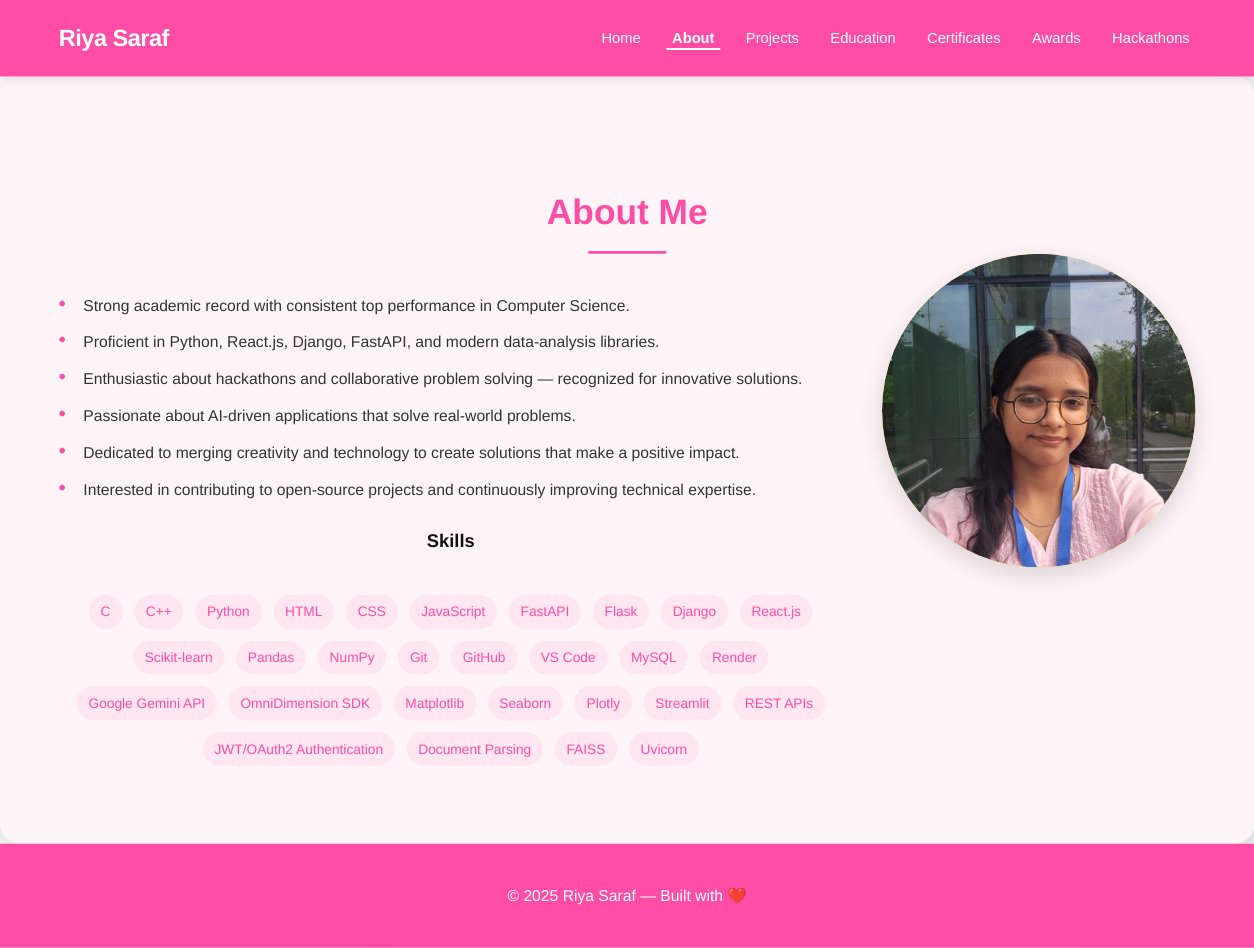
Repository: riyaaaa19/riya-portfolio
Page: /, after clicking the first element matching `nav > :nth-child(2)`
These files come from the project's save history. The page is drawn as it stood at one moment and after the next save; the edit follows.
The browser window is 1280 px wide. The pictures show the whole page, at 98% of full size.
The project was rebuilt for these pictures with package versions that can differ from the ones it lists, and the page was loaded fresh each time. Also part of the build but not shown: src/components/TimelineCard.js.

Above is the page before, as saved 2025-09-14 15:54:01.

### src/App.js
import React, { useState } from "react";
import { Mail, Github, Linkedin } from "lucide-react";
import TimelineCard from "./components/TimelineCard";
import "./styles.css";

export default function RiyaSarafPortfolio() {
  const [activePage, setActivePage] = useState("home");

  // ===== Data Sections =====
  const projects = [
    {
      title: "Leave Management System",
      tech: "React.js, FastAPI, PostgreSQL, JWT",
      desc: "Full-stack app for managing employee leave requests with role-based access and JWT authentication.",
      github: "https://github.com/riyaaaa19/leave-management-system",
      img: "/images/leave.png",
    },
    {
      title: "Genomic Analysis Web Application",
      tech: "Python, Django, Scikit-learn, Pandas",
      desc: "Django app for genomic data analysis with ML model selection, preprocessing and visualizations.",
      github: "https://github.com/riyaaaa19/genomic-analysis-django",
      img: "/images/genomics.png",
    },
    {
      title: "CyberSaarthi – Phishing & Invoice Fraud Detection",
      tech: "FastAPI, React.js, SQLite",
      desc: "ML + rule-based backend for phishing and invoice fraud detection with document parsing and structured reports.",
      github: "https://github.com/riyaaaa19/CyberSaarthi",
      img: "/images/cyber.png",
    },
    {
      title: "SheCare AI",
      tech: "FastAPI, React, SQLite, OmniDimension API",
      desc: "Health & wellness assistant for women with cycle tracking, journaling, PCOS risk check, and AI chatbot.",
      github: "https://github.com/sonamnimje/SheCare-AI",
      img: "/images/shecare.png",
    },
    {
      title: "SmartGrocery — AI-Powered Grocery & Recipe Assistant",
      tech: "Flask, Scikit-learn, Bootstrap, CSS",
      desc: "Smart Grocery Web app for recipe suggestions, nutrition tracking, inventory management, and shopping lists.",
      github: "https://github.com/arnavv19/Smart-Grocery-AI",
      img: "/images/grocery.png",
    },
  ];

  const education = [
    {
      school: "BADERIA GLOBAL INSTITUTE OF ENGINEERING AND MANAGEMENT",
      degree: "B.Tech CSE (Data Science)",
      year: "2022 – 2026",
      score: "CGPA: 8.28",
      img: "/images/graduation.png",
    },
    {
      school: "Nachiketa Higher Secondary School, Jabalpur",
      degree: "Class 12th • PCM • State Board",
      year: "2022",
      score: "Percentage: 73.4%",
      img: "/images/school.png",
    },
    {
      school: "Nachiketa Higher Secondary School, Jabalpur",
      degree: "Class 10th • State Board",
      year: "2020",
      score: "Percentage: 92%",
      img: "/images/school.png",
    },
  ];

  const certificates = [
    { title: "PCAP: Programming Essentials in Python", img: "/images/certificate1.jpg" },
    { title: "Introduction to Data Science — Cisco", img: "/images/certificate2.jpg" },
    { title: "Accenture Data Analytics Simulation", img: "/images/certificate3.jpg" },
    { title: "Global Entrepreneur Summit — IIT Kharagpur", img: "/images/certificate4.jpg" },
    { title: "Artificial Intelligence Fundamentals — IBM SkillsBuild", img: "/images/certificate5.jpg" },
    { title: "Cybersecurity Essentials — Cisco", img: "/images/certificate6.jpg" },
    { title: "Data Analytics — IBM Cognos", img: "/images/certificate7.jpg" },
  ];

  const awards = [
    { title: "Branch Topper — 2023, 2024, 2025", img: "/images/award1.jpg" },
    { title: "Best Girls Team Award — Hack SRIT 2025", img: "/images/award2.jpg" },
    { title: "1st Runner-Up — Ecopreneur Hackathon", img: "/images/award3.jpg" },
    { title: "3rd Position — Slide The Change at IEEE SHE ASPIRE 2.0", img: "/images/award4.jpg" },
  ];

  const hackathons = [
    {
      title: "Ecopreneur Hackathon",
      desc: "Hosted by Baderia Global Institute of Engineering and Management",
      img: "/images/hackathon1.jpg",
    },
    {
      title: "36-hour HackSRIT Hackathon",
      desc: "Hosted by Shri Ram Institute of technology",
      img: "/images/hackathon2.jpg",
    },
    {
      title: "Operation Eclipse – Stealth Spacecraft Design & Architecture",
      desc: "Competition at IIITDM Jabalpur",
      img: "/images/hackathon3.jpg",
    },
    {
      title: "Global Entrepreneurship Summit 2025",
      desc: "IIT Kharagpur",
      img: "/images/hackathon4.jpg",
    },
    {
      title: "All India Women only Hackathon 2023",
      desc: "Hosted by Shooting stars foundation",
      img: "/images/hackathon5.jpg",
    },
  ];

  return (
    <div>
      {/* ===== Header ===== */}
      <header>
        <h1>Riya Saraf</h1>
        <nav>
          {["home", "about", "projects", "education", "certificates", "awards", "hackathons"].map((page) => (
            <button
              key={page}
              onClick={() => setActivePage(page)}
              className={activePage === page ? "active" : ""}
            >
              {page.charAt(0).toUpperCase() + page.slice(1)}
            </button>
          ))}
        </nav>
      </header>

      {/* ===== Home Section ===== */}
      {activePage === "home" && (
        <section className="hero">
          <div className="particle-bg">
            <span></span><span></span><span></span><span></span><span></span>
          </div>
          <div className="hero-text">
            <h2>
              Hi There, I'm <span className="highlight">Riya Saraf</span>
            </h2>
            <h3>
              I Am Into{" "}
              <span className="typing-container">
                <span className="typing">Web Development | Data Science | AI/ML</span>
              </span>
            </h3>
            <p>
              Motivated Computer Science undergraduate skilled in Python,
              full-stack development, and ML/AI. Passionate about building
              impactful solutions and contributing to open-source projects.
            </p>

            <div className="hero-buttons">
              <button className="cta" onClick={() => setActivePage("projects")}>View Projects</button>
              <a
                href="https://mail.google.com/mail/?view=cm&fs=1&to=riyasaraf19@gmail.com"
                target="_blank"
                rel="noopener noreferrer"
                className="cta"
              >
                Contact Me
              </a>
              <a
                href={process.env.PUBLIC_URL + "/images/resume.pdf"}
                target="_blank"
                rel="noopener noreferrer"
                className="cta"
              >
                View Resume
              </a>
            </div>

            <div className="social-icons">
              <a href="https://linkedin.com/in/riya-saraf-9223a9257" target="_blank" rel="noreferrer"><Linkedin size={18} /></a>
              <a href="https://github.com/riyaaaa19" target="_blank" rel="noreferrer"><Github size={18} /></a>
              <a href="mailto:riyasaraf19@gmail.com"><Mail size={18} /></a>
              <a href="https://leetcode.com/u/riyaaa19/" target="_blank" rel="noreferrer">LC</a>
              <a href="https://www.hackerrank.com/profile/riyasaraf19" target="_blank" rel="noreferrer">HR</a>
            </div>
          </div>
          <div className="hero-img">
            <div className="avatar-circle">
              <img src="/images/riya-photo.png" alt="Riya Saraf" />
            </div>
          </div>
        </section>
      )}

      {/* ===== About Section ===== */}
      {activePage === "about" && (
        <section className="about">
          <h2>About Me</h2>
          <div className="about-container" style={{ display: "flex", flexWrap: "wrap", gap: "40px", alignItems: "flex-start" }}>

            {/* Left Side: About Text + Skills */}
            <div style={{ flex: 1 }}>
              <ul style={{ paddingLeft: "0", lineHeight: "1.8", listStyle: "none" }}>
                {[
                  "Strong academic record with consistent top performance in Computer Science.",
                  "Proficient in Python, React.js, Django, FastAPI, and modern data-analysis libraries.",
                  "Enthusiastic about hackathons and collaborative problem solving — recognized for innovative solutions.",
                  "Passionate about AI-driven applications that solve real-world problems.",
                  "Dedicated to merging creativity and technology to create solutions that make a positive impact.",
                  "Interested in contributing to open-source projects and continuously improving technical expertise."
                ].map((point, index) => (
                  <li key={index} style={{ position: "relative", paddingLeft: "25px", marginBottom: "12px", fontSize: "16px", color: "#333" }}>
                    <span style={{ position: "absolute", left: 0, color: "#ff4da6", fontWeight: "bold", fontSize: "20px", lineHeight: "1" }}>•</span>
                    {point}
                  </li>
                ))}
              </ul>

              {/* Skills Section */}
              <h3 style={{ marginTop: "25px", marginBottom: "15px", color: "DarkPink", textAlign: "center" }}>Skills</h3>
              <div className="skills-section" style={{ display: "flex", flexWrap: "wrap", gap: "12px", justifyContent: "center" }}>
                {[
                  "C", "C++", "Python", "HTML", "CSS", "JavaScript",
                  "FastAPI", "Flask", "Django", "React.js", "Scikit-learn", "Pandas", "NumPy",
                  "Git", "GitHub", "VS Code", "MySQL", "Render", "Google Gemini API", "OmniDimension SDK",
                  "Matplotlib", "Seaborn", "Plotly", "Streamlit",
                  "REST APIs", "JWT/OAuth2 Authentication", "Document Parsing", "FAISS", "Uvicorn"
                ].map((skill) => (
                  <span key={skill} className="skills-card" style={{
                    backgroundColor: "#ffe6f0",
                    color: "#ff4da6",
                    padding: "6px 12px",
                    borderRadius: "20px",
                    fontSize: "14px",
                    fontWeight: "500"
                  }}>{skill}</span>
                ))}
              </div>
            </div>

            {/* Right Side: About Image */}
            <div className="about-img" >
              <div className="avatar-circle">
                <img
                  src="/images/about.png"
                  alt="About Me"
                />
              </div>
            </div>
          </div>
        </section>
      )}

      {/* ===== Projects Section ===== */}
      {activePage === "projects" && (
        <section>
          <h2>Projects</h2>
          <div className="grid">
            {projects.map((p, i) => (
              <TimelineCard
                key={i}
                title={p.title}
                subtitle={p.tech}
                img={p.img}
                score={<span style={{ color: "#555" }}>{p.desc}</span>}
                github={p.github}
                live={p.live}
                type="project"
              />
            ))}
          </div>
        </section>
      )}

      {/* ===== Education Section ===== */}
      {activePage === "education" && (
        <section>
          <h2>Education</h2>
          <div className="timeline">
            {education.map((e, i) => (
              <TimelineCard
                key={i}
                title={e.school}
                subtitle={e.degree}
                year={e.year}
                score={e.score}
                img={e.img}
                type="education"
              />
            ))}
          </div>
        </section>
      )}

      {/* ===== Certificates Section ===== */}
      {activePage === "certificates" && (
        <section>
          <h2>Certificates</h2>
          <div className="grid">
            {certificates.map((c, i) => (
              <TimelineCard key={i} title={c.title} img={c.img} type="certificate" />
            ))}
          </div>
        </section>
      )}

      {/* ===== Awards Section ===== */}
      {activePage === "awards" && (
        <section>
          <h2>Awards</h2>
          <div className="grid">
            {awards.map((a, i) => (
              <TimelineCard key={i} title={a.title} img={a.img} type="award" />
            ))}
          </div>
        </section>
      )}

      {/* ===== Hackathons Section ===== */}
      {activePage === "hackathons" && (
        <section>
          <h2>Hackathons & Conferences</h2>
          <div className="grid">
            {hackathons.map((h, i) => (
              <TimelineCard key={i} title={h.title} subtitle={h.desc} img={h.img} type="certificate" />
            ))}
          </div>
        </section>
      )}

      {/* ===== Footer ===== */}
      <footer>© {new Date().getFullYear()} Riya Saraf — Built with ❤️</footer>
    </div>
  );
}

### src/styles.css
/* ===== General Styling ===== */
body {
    margin: 0;
    font-family: 'Helvetica Neue', Arial, sans-serif;
    background: linear-gradient(135deg, #fdfbfb 0%, #ebedee 100%);
    color: #111;
    line-height: 1.6;
    scroll-behavior: smooth;
}

/* ===== Header ===== */
header {
    position: sticky;
    top: 0;
    background: #ff4da6;
    padding: 20px 60px;
    display: flex;
    justify-content: space-between;
    align-items: center;
    z-index: 100;
    box-shadow: 0 4px 12px rgba(0, 0, 0, 0.1);
    animation: slideDown 0.8s ease-in-out;
}

header h1 {
    margin: 0;
    font-size: 24px;
    font-weight: 700;
    color: #fff;
    letter-spacing: -0.5px;
    transition: transform 0.3s ease;
}

header h1:hover {
    transform: scale(1.08);
}

nav button {
    background: none;
    border: none;
    margin-left: 20px;
    font-size: 15px;
    color: #fff;
    cursor: pointer;
    transition: color 0.3s, border-bottom 0.3s, transform 0.3s;
}

nav button.active {
    font-weight: 600;
    border-bottom: 2px solid #fff;
    padding-bottom: 2px;
}

nav button:hover {
    color: #ffe3f0;
    transform: translateY(-2px);
}

/* ===== Sections ===== */
section {
    padding: 80px 60px;
    background: white;
    animation: fadeIn 1s ease-in;
}

section h2 {
    font-size: 32px;
    font-weight: 700;
    margin-bottom: 25px;
    color: #ff4da6;
    text-align: center;
    position: relative;
}

section h2::after {
    content: "";
    width: 60px;
    height: 3px;
    background: #ff4da6;
    display: block;
    margin: 10px auto 0;
    border-radius: 2px;
    animation: expand 0.8s ease-in-out;
}

/* ===== Hero Section ===== */
.hero {
    display: flex;
    flex-wrap: wrap;
    justify-content: space-between;
    align-items: center;
    gap: 50px;
    padding: 100px 60px;
    min-height: 80vh;
    position: relative;
    overflow: hidden;
}

.hero-text {
    flex: 1;
    max-width: 600px;
    display: flex;
    flex-direction: column;
    gap: 12px;
}

.hero-text h2 {
    font-size: 52px;
    font-weight: 800;
    margin: 0;
    line-height: 1.2;
    color: #ff4da6;
}

.hero-text .highlight {
    background: linear-gradient(45deg, #ff4da6, #ff7eb9);
    -webkit-background-clip: text;
    -moz-background-clip: text;
    background-clip: text;
    -webkit-text-fill-color: transparent;
    color: transparent;
}

.hero-text h3 {
    font-size: 22px;
    font-weight: 600;
    margin: 0;
    color: #111;
}

.hero-text p {
    max-width: 520px;
    font-size: 16px;
    color: #333;
    line-height: 1.6;
}

/* ===== Typing Effect Fix ===== */
.typing-container {
    display: inline-block;
    min-width: 300px;
    white-space: nowrap;
}

.typing {
    display: inline-block;
    border-right: 2px solid #ff4da6;
    overflow: hidden;
    vertical-align: middle;
    animation: typing 2.5s steps(30, end) forwards, blink-caret 0.75s step-end infinite;
}

@keyframes typing {
    from { width: 0; }
    to { width: 100%; }
}

@keyframes blink-caret {
    0%, 100% { border-color: transparent; }
    50% { border-color: #ff4da6; }
}

/* ===== Avatar ===== */
.hero-img {
    flex: 1;
    display: flex;
    justify-content: center;
    align-items: center;
}

.avatar-circle {
    width: 380px;
    height: 380px;
    border-radius: 50%;
    background: #ffe066;
    display: flex;
    justify-content: center;
    align-items: center;
    box-shadow: 0 8px 25px rgba(0,0,0,0.15);
    overflow: hidden;
    transition: transform 0.4s ease, box-shadow 0.4s ease;
}

.avatar-circle img {
    width: 95%;
    height: auto;
    border-radius: 50%;
    object-fit: cover;
}

.avatar-circle:hover {
    transform: scale(1.05);
    box-shadow: 0 10px 30px rgba(255, 77, 166, 0.3);
}

/* ===== Buttons ===== */
button.cta,
button.outline {
    margin-right: 12px;
    padding: 10px 22px;
    width: 160px;
    font-size: 15px;
    font-weight: 600;
    border-radius: 8px;
    border: 2px solid transparent;
    cursor: pointer;
    transition: all 0.25s ease;
}
.hero-buttons {
  display: flex;
  gap: 12px;
  margin-top: 20px;
  flex-wrap: wrap;
}

.hero-buttons button.cta,
.hero-buttons a.cta {
  flex: 1;
  min-width: 140px;
  text-align: center;
}

button.cta {
    background: #ff4da6;
    color: white;
}

button.cta:hover {
    background: #e04494;
}

button.outline {
    background: transparent;
    color: #ff4da6;
    border: 2px solid #ff4da6;
}

button.outline:hover {
    background: #ff4da6;
    color: white;
}

a.cta {
    display: inline-block;
    margin-right: 12px;
    padding: 10px 22px;
    font-size: 15px;
    font-weight: 600;
    border-radius: 8px;
    border: 2px solid transparent;
    cursor: pointer;
    transition: all 0.25s ease;
    background: #ff4da6;
    color: white;
    text-decoration: none;
    text-align: center;
}

a.cta:hover {
    background: #e04494;
}

/* ===== Social Icons ===== */
.social-icons {
    display: flex;
    gap: 18px;
    margin-top: 18px;
}

.social-icons a {
    color: #ff4da6;
    transition: color 0.25s;
    font-weight: bold;
    font-size: 15px;
    text-decoration: none;
}

.social-icons a:hover {
    color: #e04494;
}

/* ===== Footer ===== */
footer {
    padding: 40px;
    text-align: center;
    background: #ff4da6;
    color: white;
    font-weight: 500;
}

/* ===== Grid for Projects, Certificates, Awards ===== */
.grid {
    display: grid;
    gap: 25px;
    grid-template-columns: repeat(3, 1fr);
}
@media (max-width: 900px) {
    .grid {
        grid-template-columns: repeat(2, 1fr);
    }
}

@media (max-width: 600px) {
    .grid {
        grid-template-columns: 1fr;
    }
}

/* ===== Timeline for Education ===== */
.timeline {
    position: relative;
    margin-left: 20px;
    padding-left: 40px;
    border-left: 3px solid #ff4da6;
}

.timeline-card {
    position: relative;
    margin-bottom: 40px;
    padding: 20px 20px 20px 40px;
    background: #fff;
    border-radius: 12px;
    box-shadow: 0 4px 12px rgba(0,0,0,0.08);
    transition: transform 0.3s, box-shadow 0.3s;
}

.timeline-card:hover {
    transform: scale(1.03);
    box-shadow: 0 6px 18px rgba(0,0,0,0.15);
}

.timeline-card span {
    position: absolute;
    left: -28px;
    top: 20px;
    width: 20px;
    height: 20px;
    border-radius: 50%;
    background: #ff4da6;
    color: #fff;
    display: flex;
    justify-content: center;
    align-items: center;
    font-size: 14px;
}

/* ===== Animations ===== */
@keyframes fadeIn {
    0% { opacity: 0; transform: translateY(20px); }
    100% { opacity: 1; transform: translateY(0); }
}

@keyframes slideDown {
    0% { transform: translateY(-100%); }
    100% { transform: translateY(0); }
}

@keyframes expand {
    0% { width: 0; }
    100% { width: 60px; }
}

/* ===== Responsive ===== */
@media (max-width: 900px) {
    .hero {
        flex-direction: column;
        text-align: center;
    }
    .hero-img {
        margin-top: 30px;
    }
}

/* ===== Timeline Styling for Education (Right-side Images) ===== */
.timeline {
    position: relative;
    padding-right: 60px;
    margin-left: 20px;
    border-left: 3px solid #ff4da6;
}

.timeline .timeline-card {
    position: relative;
    margin-bottom: 30px;
    padding: 15px 20px;
    background: #fff;
    border-radius: 12px;
    box-shadow: 0 4px 12px rgba(0,0,0,0.08);
    transition: transform 0.2s;
}

.timeline .timeline-card:hover {
    transform: scale(1.03);
}

.timeline .timeline-card img {
    width: 50px;
    height: 50px;
    object-fit: cover;
    border-radius: 50%;
    position: absolute;
    right: -65px;
    top: 15px;
    box-shadow: 0 3px 10px rgba(0,0,0,0.15);
}

.timeline .timeline-card h4 {
    margin: 0 0 6px 0;
    font-size: 16px;
    font-weight: 600;
}

.timeline .timeline-card p {
    margin: 2px 0;
    font-size: 14px;
    color: #555;
}

/* ===== About Section ===== */
.about {
    background: #fff5f9;
    padding: 80px 60px;
    border-radius: 20px;
    box-shadow: 0 8px 25px rgba(0,0,0,0.1);
    animation: fadeIn 1s ease-in-out;
}

.about h2 {
    font-size: 36px;
    color: #ff4da6;
    text-align: center;
    font-weight: 800;
    margin-bottom: 40px;
    position: relative;
}

.about h2::after {
    content: "";
    display: block;
    width: 80px;
    height: 3px;
    background: #ff4da6;
    margin: 10px auto 0;
    border-radius: 2px;
}

/* About container layout */
.about-container {
    display: flex;
    flex-wrap: wrap;
    gap: 40px;
    align-items: flex-start;
}

/* Text points */
.about-container ul {
    flex: 1;
    list-style: none;
    padding: 0;
    margin: 0;
}

.about-container ul li {
    font-size: 16px;
    color: #333;
    line-height: 1.6;
    padding-left: 30px;
    margin-bottom: 12px;
    position: relative;
    padding-left: 30px;
    align-items: flex-start;
}

.about-container ul li::before {
    position: absolute;
    left: 0;
    top: 0;
    font-size: 18px;
    color: #ff4da6;
    font-weight: bold;
    line-height: 1;
}

/* About image */
.about-img {
    flex: 0 0 320px; /* increased width */
    display: flex;   /* enable flexbox */
    justify-content: center;
    align-items: center; /* vertically center with the points */
    margin-top: -40px;
}

.about-img .avatar-circle {
    width: 320px;  /* increased size */
    height: 320px; /* increased size */
    border-radius: 50%;
    overflow: hidden;
    box-shadow: 0 8px 25px rgba(0,0,0,0.15);
    transition: transform 0.4s ease, box-shadow 0.4s ease;
}

.about-img .avatar-circle img {
    width: 100%;
    height: 100%;
    object-fit: cover;
}

.about-img .avatar-circle:hover {
    transform: scale(1.05);
    box-shadow: 0 12px 30px rgba(255,77,166,0.3);
}


/* ===== Skills Section ===== */
.skills-section {
    flex: 1 1 100%;
    display: flex;
    flex-wrap: wrap;
    gap: 10px; /* spacing between capsules */
    margin-top: 40px;
    justify-content: center;
}

.skills-card {
    background: #ffe6f0;
    color: #ff4da6;
    padding: 8px 15px;
    border-radius: 50px;
    font-size: 14px;
    font-weight: 600;
    display: inline-block;
    transition: transform 0.2s, box-shadow 0.2s;
    cursor: default;
}

.skills-card:hover {
    transform: translateY(-3px);
    box-shadow: 0 8px 20px rgba(255,77,166,0.2);
}

.skills-card h4,
.skills-card ul,
.skills-card li {
    display: none; /* hide old headings/lists */
}

/* ===== Responsive About Section ===== */
@media (max-width: 900px) {
    .about-container {
        flex-direction: column;
        align-items: center;
        text-align: center;
    }
    .about-img {
        margin-top: 30px;
    }
}

@media (max-width: 600px) {
    .skills-section {
        justify-content: center;
    }
}

Loaded but not shown: public/index.html (common file); src/index.js (common file)

After the next save:
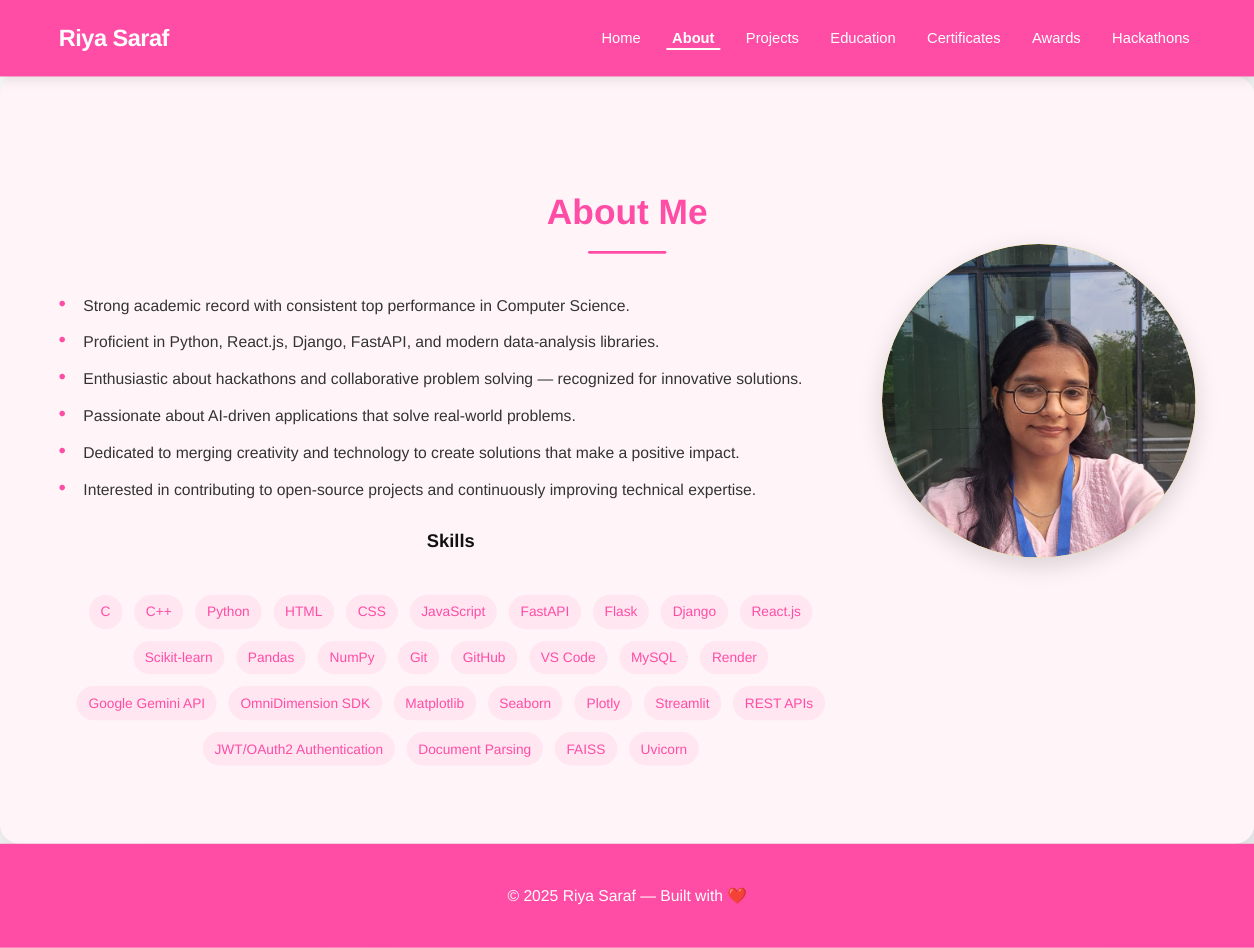
Saved 6 s later.
--- a/src/styles.css
+++ b/src/styles.css
@@ -487,7 +487,7 @@ footer {
     display: flex;   /* enable flexbox */
     justify-content: center;
     align-items: center; /* vertically center with the points */
-    margin-top: -40px;
+    margin-top: -50px;
 }
 
 .about-img .avatar-circle {
